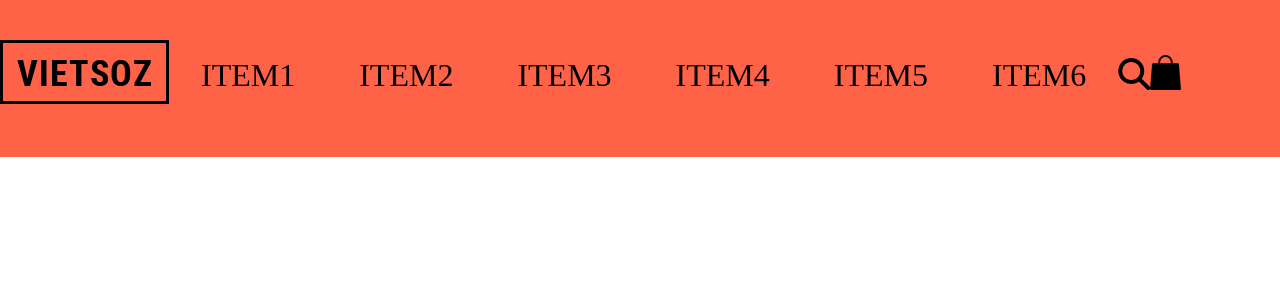
Repository: Kienroro2003/Kienroro-Miscellaneous
Page: UNITOP/front-end/project/vietsoz/header.html
The author's editor kept a copy of each file at every save. The page is drawn from the files as they stood at one save, then again after the next save.
The browser window is 1280 px wide. The pictures show the whole page.
The style sheet was rebuilt from its Sass, Less or Tailwind sources for each picture, by a compiler version that may differ from the author's.

Above is the page before, as saved 2022-10-04 14:17:07.

### UNITOP/front-end/project/vietsoz/header.html
<!DOCTYPE html>
<html lang="en">
  <head>
    <meta charset="UTF-8" />
    <meta http-equiv="X-UA-Compatible" content="IE=edge" />
    <meta name="viewport" content="width=device-width, initial-scale=1.0" />
    <link rel="stylesheet" href="./assets/css/reset.css" />
    <link rel="stylesheet" href="./assets/css/global.css" />
    <link rel="stylesheet" href="./assets/css/header.css" />
    <link rel="stylesheet" href="./assets/fontawesome/css/all.css">
    <title>Header</title>
  </head>
  <body>
    <div id="header"><div class="container">
      <div class="navbar">
        <a href="" class="navbar__link">
          <img src="./assets/images/logo.png" alt="" class="navbar__image">
        </a>
        <ul class="navbar__menu">
          <li class="navbar__item">item1</li>
          <li class="navbar__item">item2</li>
          <li class="navbar__item">item3</li>
          <li class="navbar__item">item4</li>
          <li class="navbar__item">item5</li>
          <li class="navbar__item">item6</li>
        </ul>
        <div class="navbar__search">
          <i class="fa fa-search"></i>
        </div>
        <div class="navbar__cart">
          <img src="./assets/images/bag.png" alt="">
        </div>
      </div>
    </div></div>
  </body>
</html>

### UNITOP/front-end/project/vietsoz/assets/scss/global.scss
@mixin flexbox(
  $align: flex-start,
  $justify: flex-start,
  $flex-direction: row,
  $wrap: nowrap
) {
  display: flex;
  align-items: $align;
  justify-content: $justify;
  flex-direction: $flex-direction;
  flex-wrap: $wrap;
}

@mixin size($width, $height: $width) {
  width: $width;
  height: $height;
}

@mixin maxWidth($value) {
  @media screen and (max-width: $value) {
    @content;
  }
}

### UNITOP/front-end/project/vietsoz/assets/scss/header.scss
@use "./global.scss" as g;

#header {
  padding: 2.5rem 0 3rem;
  background-color: tomato;
}

.navbar {
  @include g.flexbox(center);
  font-weight: normal;
  font-size: 2rem;
  // line-height: normal;
  &__menu {
    @include g.flexbox(center, space-between);
  }
  &__item {
    text-transform: uppercase;
    padding: 0 2rem;
    &:nth-child(2)::before {
      &::before {
        content: "\f0d7";
        font-family: "Font Awesome 5 Free";
        font-weight: 900;
      }
    }
    // padding:
  }
}

Loaded but not shown: UNITOP/front-end/project/vietsoz/assets/css/reset.css (common file); UNITOP/front-end/project/vietsoz/assets/fontawesome/css/all.css (library)

After the next save:
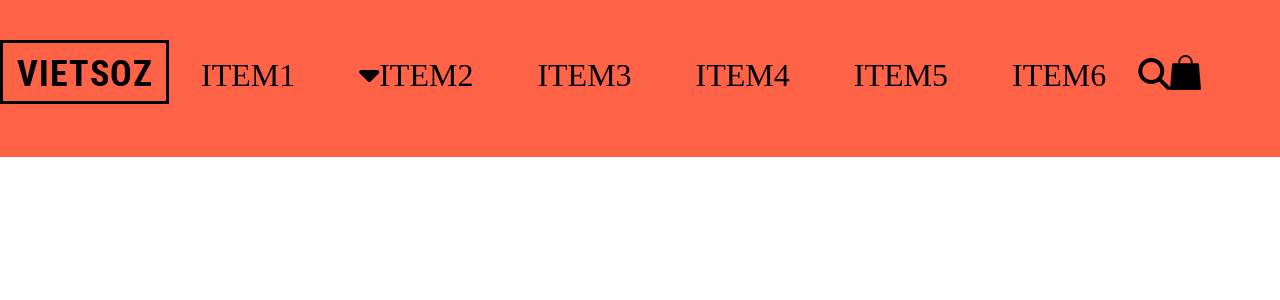
Saved 36 s later.
--- a/UNITOP/front-end/project/vietsoz/assets/scss/header.scss
+++ b/UNITOP/front-end/project/vietsoz/assets/scss/header.scss
@@ -17,11 +17,9 @@
     text-transform: uppercase;
     padding: 0 2rem;
     &:nth-child(2)::before {
-      &::before {
-        content: "\f0d7";
-        font-family: "Font Awesome 5 Free";
-        font-weight: 900;
-      }
+      content: "\f0d7";
+      font-family: "Font Awesome 5 Free";
+      font-weight: 900;
     }
     // padding:
   }

After the 4 saves that followed:
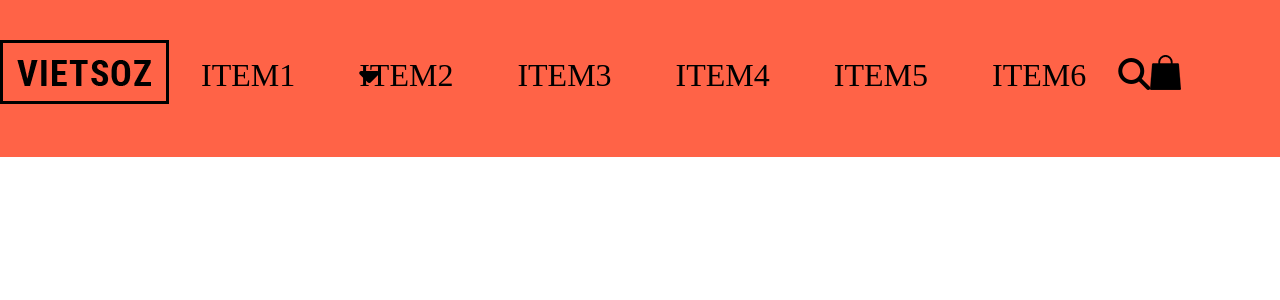
The 4 saves are shown as one change because 1 did not build or start and some came seconds apart.
The last was saved 66 s later.
--- a/UNITOP/front-end/project/vietsoz/assets/scss/header.scss
+++ b/UNITOP/front-end/project/vietsoz/assets/scss/header.scss
@@ -16,10 +16,13 @@
   &__item {
     text-transform: uppercase;
     padding: 0 2rem;
+    position: relative;
     &:nth-child(2)::before {
       content: "\f0d7";
       font-family: "Font Awesome 5 Free";
       font-weight: 900;
+      position: absolute;
+
     }
     // padding:
   }
